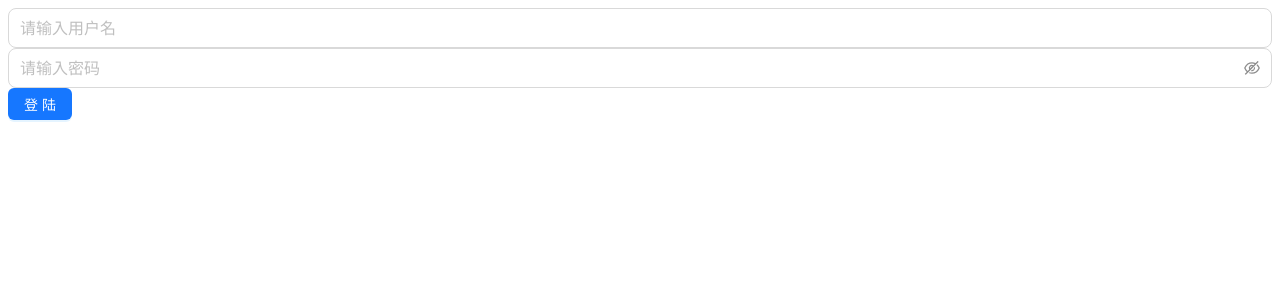
Repository: wujieli0207/tiny-flash-card
Page: /#/login
The author's editor kept a copy of each file at every save. The page is drawn from the files as they stood at one save, then again after the next save.
The browser window is 1280 px wide. The pictures show the whole page.
The project was rebuilt for these pictures with package versions that can differ from the ones it lists, and the page was loaded fresh each time. Also part of the build but not shown: vite.config.ts.

Above is the page before, as saved 2023-06-11 17:57:07.

After the next save:
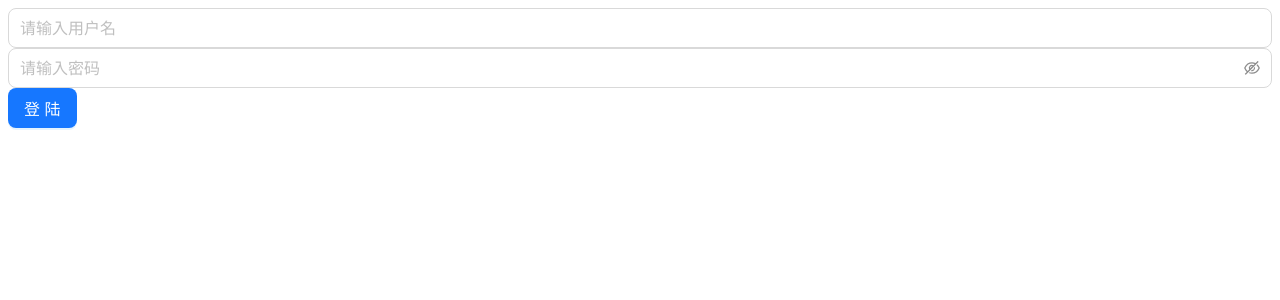
Saved 10 s later.
--- a/src/client/pages/login.tsx
+++ b/src/client/pages/login.tsx
@@ -9,7 +9,10 @@ const Login = () => {
       <div>
         <Input placeholder="请输入用户名" size="large" />
         <Input.Password placeholder="请输入密码" size="large" />
-        <Button type="primary"> 登 陆</Button>
+        <Button type="primary" size="large">
+          {' '}
+          登 陆
+        </Button>
       </div>
     </>
   )
